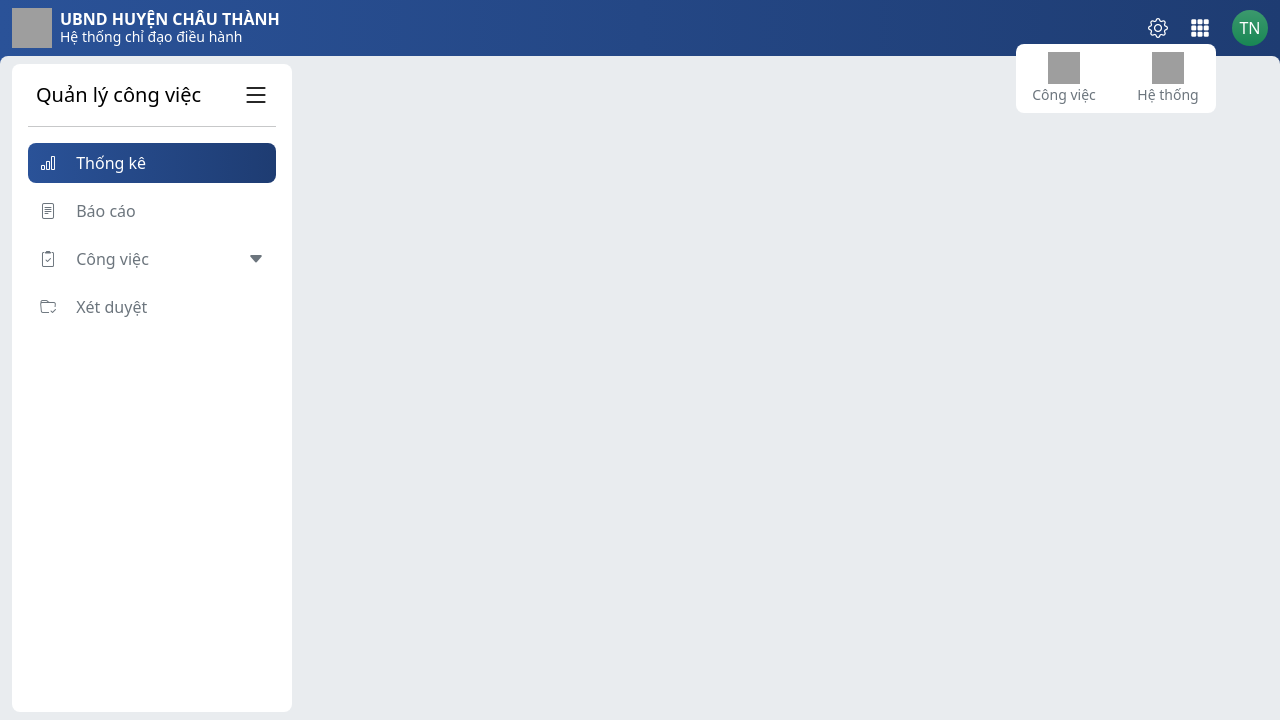
Repository: mys-pro/DATT-HeThongChiDaoDieuHanh
Page: index.html
These files come from the project's save history. The page is drawn as it stood at one moment and after the next save; the edit follows.
The browser window is 1280 px wide. The pictures show the whole page.
Pictures or frames that could not be fetched are drawn as grey boxes.

Above is the page before, as saved 2024-04-21 15:11:49.

### index.html
<!DOCTYPE html>
<html lang="en">

<head>
    <meta charset="UTF-8">
    <meta name="viewport" content="width=device-width, initial-scale=1.0">
    <link rel="icon" href="./Assets/Image/icon.png" />
    <title>Hệ thống chỉ đạo điều hành</title>
    <link rel="stylesheet" href="./Bootstrap/bootstrap-icons-1.11.3/font/bootstrap-icons.min.css">
    <link rel="stylesheet" href="./Bootstrap/bootstrap-5.3.3-dist/css/bootstrap.min.css">
    <link rel="stylesheet" href="./Assets/css/Styles.css">
    <script src="./Assets/js/jquery-3.7.1.min.js"></script>
    <script src="./Bootstrap/bootstrap-5.3.3-dist/js/bootstrap.bundle.min.js"></script>
    <script src="./Assets/js/script.js"></script>
</head>

<body>
    <div class="app">
        <header class="header">
            <nav class="header__navbar navbar">
                <div class="header__navbar-container container-fluid">
                    <a href="#" class="header__navbar-logo navbar-brand p-0 d-flex">
                        <img class="header__navbar-img" src="./Assets/Image/Logo.png" alt="">
                        <div class="header__navbar-name mx-2 text-white align-content-center">
                            <h6 class="fw-bold p-0 m-0">UBND HUYỆN CHÂU THÀNH</h6>
                            <h6 class="fw-normal p-0 m-0">Hệ thống chỉ đạo điều hành</h6>
                        </div>
                    </a>

                    <ul class="header__navbar-list list-inline p-0 m-0 d-flex">
                        <li class="header__navbar-item ms-3 align-content-center">
                            <a class="border-0 bg-transparent rounded-circle text-white">
                                <i class="bi bi-gear fs-5"></i>
                            </a>
                        </li>
                        <li class="header__navbar-item ms-3 align-content-center position-relative">
                            <button type="button" class="border-0 bg-transparent rounded-circle text-white"
                                id="dropdown-apps">
                                <i class="bi bi-grid-3x3-gap-fill fs-5"></i>
                            </button>
                            <div class="list-apps bg-white rounded-3 position-absolute p-2">
                                <div class="row row-cols-2">
                                    <div class="col">
                                        <a href="#" class="text-decoration-none text-secondary d-flex flex-column align-items-center">
                                            <img src="./Assets/Image/task-icon.png" alt="" width="32px" height="32px">
                                            Công việc
                                        </a>
                                    </div>
                                    <div class="col">
                                        <a href="#" class="text-decoration-none text-secondary d-flex flex-column align-items-center">
                                            <img src="./Assets/Image/admin-icon.png" alt="" width="32px" height="32px">
                                            Hệ thống
                                        </a>
                                    </div>
                                </div>
                            </div>
                        </li>
                        <li class="header__navbar-item ms-3">
                            <div
                                class="header__navbar-avatar border-0 bg-success bg-gradient rounded-circle text-white text-center align-content-center">
                                TN</div>
                        </li>
                    </ul>
                </div>
            </nav>
        </header>

        <div class="app__container bg-body-secondary rounded-top-3 py-2">
            <div class="container-fluid">
                <div class="sidebar bg-white rounded-3 p-3 open">
                    <div class="side__bar-tile d-flex position-relative">
                        <span class="ms-2 text-black fs-5 text-nowrap">Quản lý công việc</span>
                        <button type="button"
                            class="sidebar__collapse-btn border-0 bg-white position-absolute text-end end-0">
                            <i class="bi bi-list"></i>
                        </button>
                    </div>
                    <hr>

                    <ul class="sidebar-list list-unstyled p-0 m-0">
                        <li class="sidebar-item mb-2">
                            <a href="#" class="rounded-3 text-secondary text-nowrap d-block active">
                                <i class="bi bi-bar-chart me-3"></i>
                                <span>Thống kê</span>
                            </a>
                        </li>

                        <li class="sidebar-item mb-2">
                            <a href="#" class="rounded-3 text-secondary text-nowrap d-block">
                                <i class="bi bi-file-text me-3"></i>
                                <span>Báo cáo</span>
                            </a>
                        </li>

                        <li class="sidebar-item mb-2">
                            <a href="#" class="position-relative rounded-3 text-secondary text-nowrap d-block collapsed"
                                data-bs-toggle="collapse" data-bs-target="#sidebarToggleExternalContent">
                                <i class="bi bi-clipboard2-check me-3"></i>
                                <span>Công việc</span>
                                <i class="bi bi-caret-down-fill"></i>
                            </a>

                            <ul class="sidebar-list-child collapse list-inline text-secondary text-nowrap"
                                id="sidebarToggleExternalContent">
                                <li class="sidebar-item-child mt-2">
                                    <a href="#"
                                        class="text-secondary rounded-3 text-nowrap d-block d-flex justify-content-between align-items-center active">
                                        Tất cả
                                        <span class="badge text-bg-danger rounded-pill">1</span>
                                    </a>
                                </li>
                                <li class="sidebar-item-child mt-2">
                                    <a href="#"
                                        class="text-secondary rounded-3 text-nowrap d-block d-flex justify-content-between align-items-center">
                                        Dự thảo
                                        <span class="badge text-bg-danger rounded-pill">1</span>
                                    </a>
                                </li>
                                <li class="sidebar-item-child mt-2">
                                    <a href="#"
                                        class="text-secondary rounded-3 text-nowrap d-block d-flex justify-content-between align-items-center">
                                        Hoàn thành
                                        <span class="badge text-bg-danger rounded-pill">1</span>
                                    </a>
                                </li>
                                <li class="sidebar-item-child mt-2">
                                    <a href="#"
                                        class="text-secondary rounded-3 text-nowrap d-block d-flex justify-content-between align-items-center">
                                        Chờ phê duyệt
                                        <span class="badge text-bg-danger rounded-pill">1</span>
                                    </a>
                                </li>
                                <li class="sidebar-item-child mt-2">
                                    <a href="#"
                                        class="text-secondary rounded-3 text-nowrap d-block d-flex justify-content-between align-items-center">
                                        Làm lại
                                        <span class="badge text-bg-danger rounded-pill">1</span>
                                    </a>
                                </li>
                                <li class="sidebar-item-child mt-2">
                                    <a href="#"
                                        class="text-secondary rounded-3 text-nowrap d-block d-flex justify-content-between align-items-center">
                                        Bị hủy
                                        <span class="badge text-bg-danger rounded-pill">1</span>
                                    </a>
                                </li>
                            </ul>
                        </li>

                        <li class="sidebar-item mb-2">
                            <a href="#" class="rounded-3 text-secondary text-nowrap d-block">
                                <i class="bi bi-folder-check me-3"></i>
                                <span>Xét duyệt</span>
                            </a>
                        </li>
                    </ul>
                </div>
            </div>
        </div>
    </div>
</body>

</html>

### Assets/css/Styles.css
:root {
    --primary-color: #2a5298;
    --primary-gradient-color: linear-gradient(to left, #1e3c72, #2a5298);
    --bs-body-color: #212529;
}

body {
    overflow: auto;
}

.col-0 {
    display: none;
}

.app {
    background-image: var(--primary-gradient-color);
}
/* ======Navbar====== */
.header__navbar-img {
    width: 40px;
    height: 40px;
}

.header__navbar-name h6:first-child {
    font-size: 16px;
}

.header__navbar-name h6:last-child {
    font-size: 14px;
}

.header__navbar-avatar {
    width: 36px;
    height: 36px;
}

.header__navbar-item a {
    cursor: pointer;
}

.header__navbar-item span {
    top: 25%;
    right: -15px;
}

.list-apps {
    width: 200px;
    right: 0;
    font-size: 14px;
}

/* ======Sidebar====== */
.sidebar {
    --height: calc(100vh - 56px - 16px);
    min-height: var(--height);
    width: 72px;
    transition: all .2s ease-out;
}

.sidebar.open {
    width: 280px;
}

.sidebar a {
    padding: 8px 12px;
    text-decoration: none;
    overflow: hidden;
}

.sidebar span {
    overflow: hidden;
}

.sidebar__collapse-btn {
    font-size: 28px;
    line-height: 0;
}

.sidebar-list-child {
    overflow: hidden;
}

.sidebar-item > a:hover {
    background-color: rgba(0, 0, 0, 0.05) !important;
}

.sidebar-item > a:active {
    background-color: rgba(0, 0, 0, 0.1) !important;
}

.sidebar-item > a.active {
    background-image: var(--primary-gradient-color);
    color: white !important;
}

.sidebar:not(.open) .sidebar-list-child {
    display: none;
}

.sidebar-item > a[data-bs-toggle="collapse"].collapsed > i:last-child {
    position: absolute;
    right: 12px;
    top: 0.5rem;
    transform: rotate(0deg);
    transition: all .2s ease-out;
}

.sidebar-item > a[data-bs-toggle="collapse"] > i:last-child {
    position: absolute;
    right: 12px;
    top: 0.5rem;
    transform: rotate(180deg);
    transition: all .2s ease-out;
}

.sidebar:not(.open) .sidebar-item > a[data-bs-toggle="collapse"] > i:last-child {
    display: none;
}

.sidebar-item-child > a:not(.active):hover {
    background-color: rgba(0, 0, 0, 0.05) !important;
}

.sidebar-item-child > a:not(.active):active,
.sidebar-item-child > a.active {
    background-color: rgba(0, 0, 0, 0.1) !important;
}

@media (max-width: 576px) {
    .sidebar {
        display: none;
    }

    .header__navbar-list {
        display: none !important;
    }
}

### Assets/js/script.js
$(document).ready(function() {
    $('.sidebar__collapse-btn').click(function() {
        $(".sidebar").toggleClass("open");
    });

    $('.sidebar-item > a').click(function() {
        $('.sidebar-item > a').removeClass("active");
        $(this).addClass("active");
        $('#sidebarToggleExternalContent').collapse('hide');
    });

    $('.sidebar-item > a[data-bs-toggle="collapse"]').click(function() {
        $('.sidebar-item-child > a').removeClass("active");
        $('.sidebar-item-child > a:first').addClass("active");
      });

    $('.sidebar-item-child > a').click(function() {
        $('.sidebar-item-child > a').removeClass("active");
        $(this).addClass("active");
    });
});

Loaded but not shown: library/Bootstrap/bootstrap-icons-1.11.3/font/bootstrap-icons.min.css (library); library/Bootstrap/bootstrap-5.3.3-dist/css/bootstrap.min.css (library); Public/js/jquery-3.7.1.min.js (library); library/Bootstrap/bootstrap-5.3.3-dist/js/bootstrap.bundle.min.js (library)

After the next save:
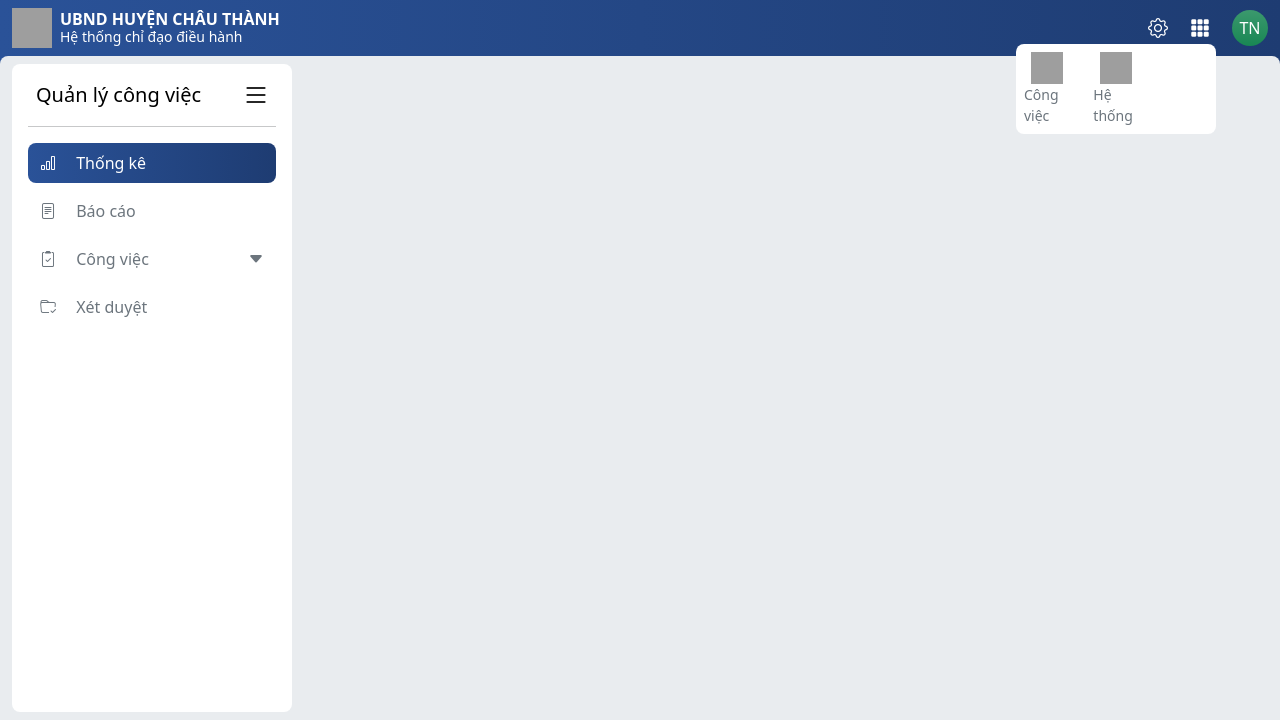
Saved 3 s later.
--- a/index.html
+++ b/index.html
@@ -39,7 +39,7 @@
                                 <i class="bi bi-grid-3x3-gap-fill fs-5"></i>
                             </button>
                             <div class="list-apps bg-white rounded-3 position-absolute p-2">
-                                <div class="row row-cols-2">
+                                <div class="row row-cols-3">
                                     <div class="col">
                                         <a href="#" class="text-decoration-none text-secondary d-flex flex-column align-items-center">
                                             <img src="./Assets/Image/task-icon.png" alt="" width="32px" height="32px">
